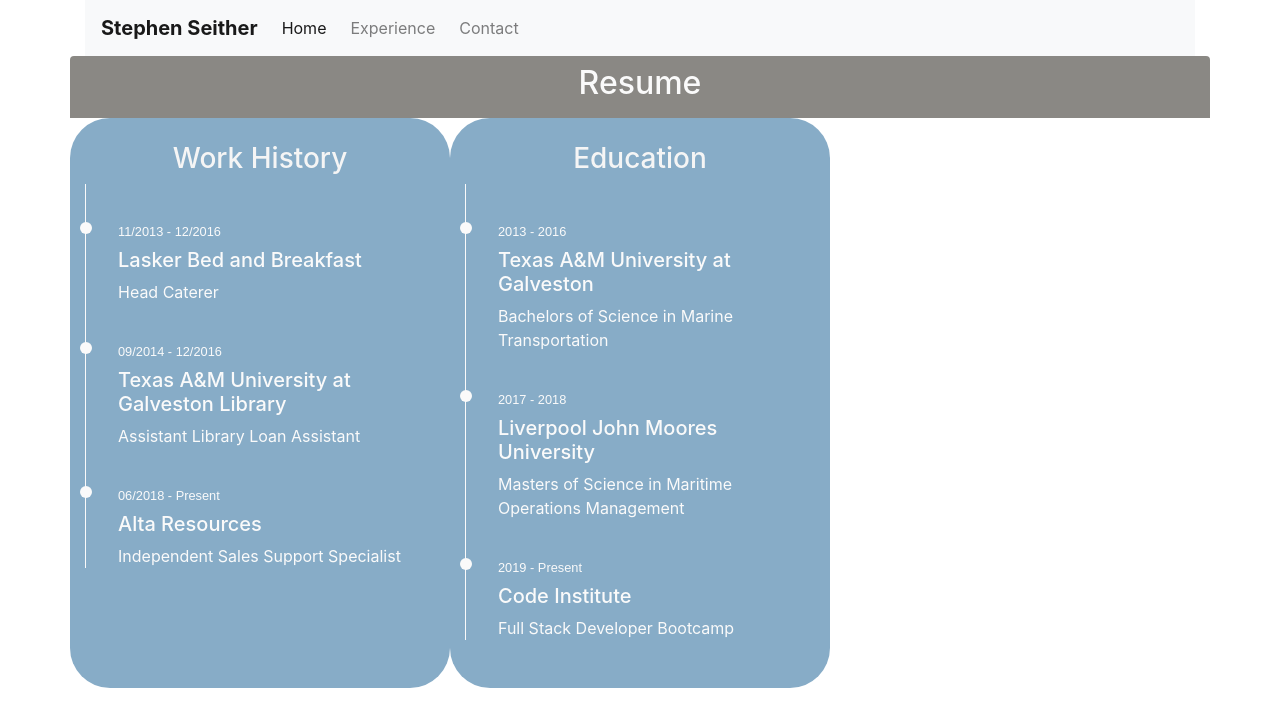
Repository: stephenseither/First-Milestone-Project
Page: experience.html
The author's editor kept a record of every edit. The page is drawn from the files as they stood at one moment, then again after the next edit.
The browser window is 1280 px wide. The pictures show the whole page.
Some web libraries are served in a nearby version.

Above is the page before.

### experience.html
<!DOCTYPE html>
<html lang="en">

<head>
    <meta charset="UTF-8">
    <meta name="viewport" content="width=device-width, initial-scale=1.0">
    <meta http-equiv="X-UA-Compatible" content="ie=edge">
    <link rel="stylesheet" href="https://stackpath.bootstrapcdn.com/bootstrap/4.3.1/css/bootstrap.min.css" integrity="sha384-ggOyR0iXCbMQv3Xipma34MD+dH/1fQ784/j6cY/iJTQUOhcWr7x9JvoRxT2MZw1T" crossorigin="anonymous">
    <link rel="stylesheet" href="https://use.fontawesome.com/releases/v5.10.2/css/all.css" integrity="sha384-rtJEYb85SiYWgfpCr0jn174XgJTn4rptSOQsMroFBPQSGLdOC5IbubP6lJ35qoM9" crossorigin="anonymous">
    <link rel="stylesheet" href="assets/css/style.css" type="text/css" />
    <title>Document</title>
</head>

<body>
    <div class="container">
        <div class="row">
            <div class="col">
                <nav class="navbar navbar-light bg-light navbar-expand-sm">
                    <a href="index.html" class="navbar-brand font-weight-bold">Stephen Seither</a>

                    <button class="navbar-toggler ml-auto" type="button" data-toggle="collapse" data-target="#navbarNavDropdown" aria-controls="navbarNavDropdown" aria-expanded="false" aria-label="Toggle navigation">
            <span class="navbar-toggler-icon"></span></button>

                    <div class="collapse navbar-collapse" id="navbarNavDropdown">
                        <ul class="navbar-nav mr-auto">
                            <li class="active nav-item mr-2"><a class="nav-link" href="index.html">Home</a></li>
                            <li class="nav-item mr-2"><a class="nav-link" href="experience.html">Experience</a></li>
                            <li class="nav-item mr-2"><a class="nav-link" href="contact.html">Contact</a></li>
                        </ul>
                    </div>
                </nav>
            </div>
        </div>
    </div>

    <div class="container">
        <div class="row">
            <div class="col resume rounded-top">
                <h2 class="uppercase">
                    Resume
                </h2>
            </div>
        </div>
    </div>

    <div class="container">
        <div class="row">
            <div class="col-md-4 bg-work-timeline pb-5 work-timeline">
                <div class="work-history pt-4">
                    <h3>Work History</h3>
                </div>
                <div class="history-items">
                     <div class="timeline-item" data-dates="11/2013 - 12/2016">
                        <h5> Lasker Bed and Breakfast</h4>
                        <p>Head Caterer</p>
                    </div>
                    <div class="timeline-item" data-dates="09/2014 - 12/2016">
                        <h5> Texas A&M University at Galveston Library </h4>
                        <p>Assistant Library Loan Assistant</p>
                    </div>

                    <div class="timeline-item" data-dates="06/2018 - Present">
                        <h5> Alta Resources</h4>
                        <p>Independent Sales Support Specialist</p>
                    </div>
                </div>
            </div>
            <div class="col-md-4 bg-school-timeline school-timeline pb-5">
                <div class="school pt-4">
                    <h3>Education</h3>
                </div>
                <div class="school-item" data-dates="2013 - 2016">
                    <h5>Texas A&M University at Galveston</h4>
                    <p>Bachelors of Science in Marine Transportation</p>
                </div>
                <div class="school-item" data-dates="2017 - 2018">
                    <h5>Liverpool John Moores University</h4>
                    <p>Masters of Science in Maritime Operations Management</p>
                </div>
                <div class="school-item" data-dates="2019 - Present">
                    <h5>Code Institute</h4>
                    <p>Full Stack Developer Bootcamp</p>
                </div>
            </div>
        </div>
    </div>


    <script src="https://code.jquery.com/jquery-3.3.1.slim.min.js" integrity="sha384-q8i/X+965DzO0rT7abK41JStQIAqVgRVzpbzo5smXKp4YfRvH+8abtTE1Pi6jizo" crossorigin="anonymous"></script>
    <script src="https://cdnjs.cloudflare.com/ajax/libs/popper.js/1.14.3/umd/popper.min.js" integrity="sha384-ZMP7rVo3mIykV+2+9J3UJ46jBk0WLaUAdn689aCwoqbBJiSnjAK/l8WvCWPIPm49" crossorigin="anonymous"></script>
    <script src="https://stackpath.bootstrapcdn.com/bootstrap/4.1.3/js/bootstrap.min.js" integrity="sha384-ChfqqxuZUCnJSK3+MXmPNIyE6ZbWh2IMqE241rYiqJxyMiZ6OW/JmZQ5stwEULTy" crossorigin="anonymous"></script>
</body>

</html>

### assets/css/style.css
/*---------------------------Media Queries---------------------- */

@media (hover: none) {
    .contact-info {
        background-color: #7395ae;
        opacity: 1.2;
    }
}


/*---------------------------BG Colors---------------------- */

.bg-header {
    background-color: #8a8884;
}

.about-me {
    background-color: #87acc7;
}

.photo {
    background-color: #87acc7;
}

.contact-info {
    background-color: #7395ae;
    opacity: 0.75;
    transition: opacity .5s ease-out, font-weight .25s ease-in-out;
    -moz-transition: opacity .5s ease-out, font-weight .25s ease-in-out;
    -webkit-transition: opacity .5s ease-out, font-weight .25s ease-in-out;
    color: #fafafa;
    font-weight: normal;
}

.contact-info:hover {
    opacity: 1.2;
    font-weight: bold;
}

.bg-work-timeline {
    background-color: #87acc7;
}

.bg-school-timeline {
    background-color: #87acc7;
}

/*---------------------------Header---------------------- */

.heading {
    text-align: center;
}

.name {
    margin-top: 60px;
    color: #fff;
}

.title {
    color: #e3e1e1;
    margin-bottom: 20px;
}

.social-links {
    margin-left: 40px;
}

.social-links li a i {
    width: 32px;
    height: 32px;
    padding: 12px 2px;
    border-radius: 50%;
    font-size: 13px;
    line-height: 7px;
    text-align: center;
    color: #fafafa;
    background: #8f8f8f;
    transition: all 0.35s ease-in-out, ;
    -moz-transition: all 0.35s ease-in-out;
    -webkit-transition: all 0.35s ease-in-out;
    -o-transition: all 0.35s ease-in-out;
}

.social-links li a i:hover {
    background-color: #b8784b;
    transform: scale(1.5);
    -webkit-transform: scale(1.5);
    -moz-transform: scale(1.5);
    -o-transform: scale(1.5);
}


/*---------------------------About Me---------------------- */

.about-me {
    border-width: 2px 4px;
    border-radius: 40px;
}

.about-me p {
    width: 80%;
    margin-left: 5px;
}

.photo {
    border-width: 2px 4px;
    border-radius: 40px;
}

/*---------------------------Contact Info---------------------- */

.personal-info-item {
    margin-bottom: 10px;
    display: block;
    clear: both;
    font-size: 20px;
}

.personal-info-item .title,
.personal-info-item .value {
    display: inline-block;
    padding-right: 15px;
}

/*--------------------------Work History---------------------- */

.resume {
    background-color: #8a8884;
    text-align: center;
    color: #fafafa;
    padding: 8px;
}

.work-history {
    color: #f5f5f5;
    text-align: center;
}

.work-timeline {
    border-width: 2px 4px;
    border-radius: 40px;
}

.timeline-item {
    padding: 4em 2em 0em 2em;
    position: relative;
    color: #fafafa;
    border-left: 1px solid;
}

.timeline-item p {
    padding: 0;
    margin: 0;
}

.timeline-item:before {
    content: attr(data-dates);
    position: absolute;
    left: 2.5em;
    top: 3em;
    display: block;
    font-family: "Exo", sans-serif;
    font-weight: 500;
    font-size: 0.8em;
    padding: 0;
    margin: 0;
}

.timeline-item:after {
    width: 12px;
    height: 12px;
    display: block;
    top: 2.4em;
    position: absolute;
    left: -6px;
    border-radius: 12px;
    content: '';
    background-color: #fafafa;
}


.school {
    color: #f5f5f5;
    text-align: center;
}

.school-item {
    padding: 4em 2em 0em 2em;
    position: relative;
    color: #fafafa;
    border-left: 1px solid;
}


.school-timeline {
    border-width: 2px 4px;
    border-radius: 40px;
}

.school-item p {
    padding: 0;
    margin: 0;
}

.school-item:before {
    content: attr(data-dates);
    position: absolute;
    left: 2.5em;
    top: 3em;
    display: block;
    font-family: "Exo", sans-serif;
    font-weight: 500;
    font-size: 0.8em;
    padding: 0;
    margin: 0;
}

.school-item:after {
    width: 12px;
    height: 12px;
    display: block;
    top: 2.4em;
    position: absolute;
    left: -6px;
    border-radius: 12px;
    content: '';
    background-color: #fafafa;
}


.footer {
    background-color: #525252;
    border-radius: 25px;
}

After the next edit:
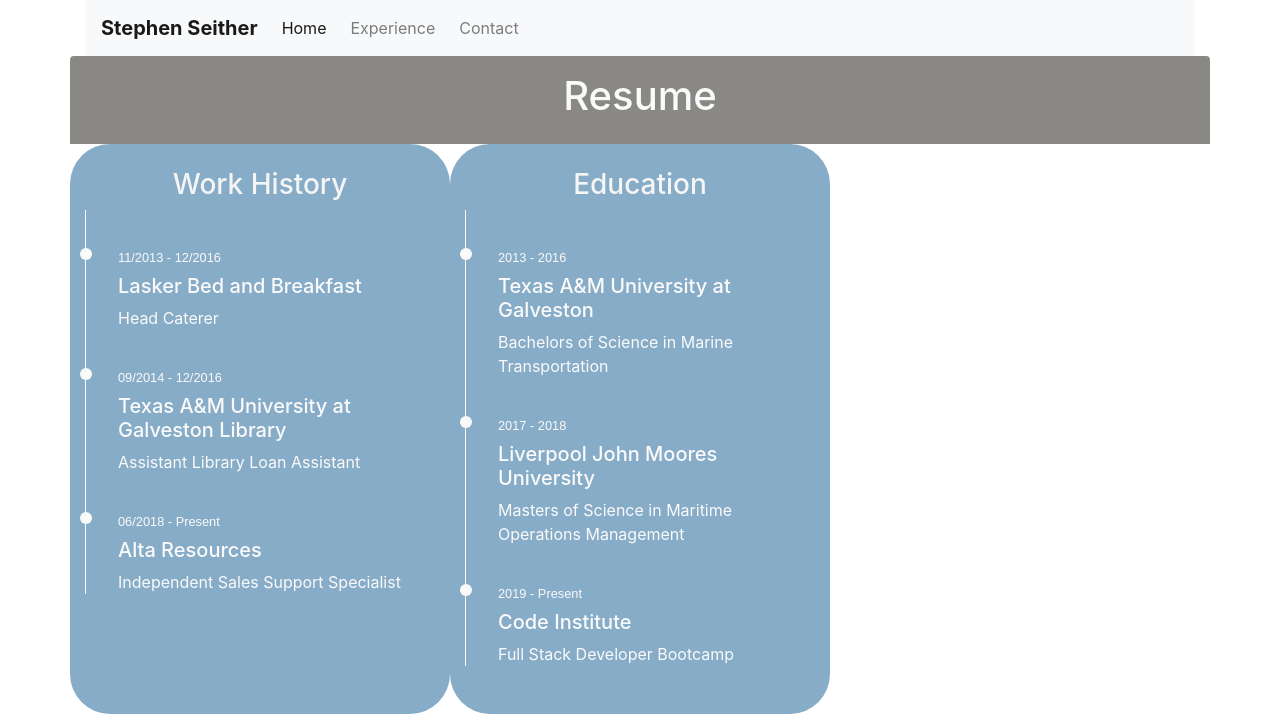
The edit:
--- a/experience.html
+++ b/experience.html
@@ -35,8 +35,8 @@
 
     <div class="container">
         <div class="row">
-            <div class="col resume rounded-top">
-                <h2 class="uppercase">
+            <div class="col resume rounded-top py-3">
+                <h1 class="uppercase">
                     Resume
                 </h2>
             </div>
